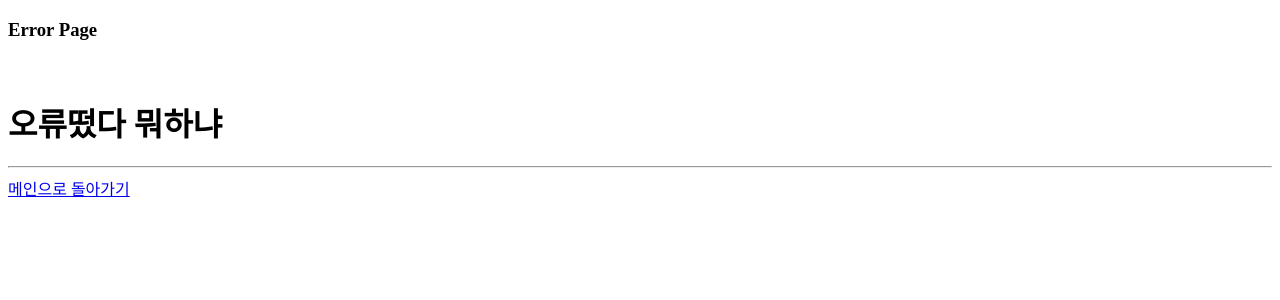
Repository: gitgw016/jsp
Page: http://localhost/07_directive_tag/page_04_error.jsp
These files come from the project's save history. The page is drawn as it stood at one moment and after the next save; the edit follows.
The browser window is 1280 px wide. The pictures show the whole page.
The page is served by Tomcat 9.

Above is the page before, as saved 2021-12-08 05:02:58.

### 07_directive_tag/src/main/webapp/page_04_error.jsp
<%@ page language="java" contentType="text/html; charset=UTF-8"
    pageEncoding="UTF-8"%>
    <%@ page errorPage="page_error.jsp" %>
<!DOCTYPE html>
<html>
<head>
<meta charset="UTF-8">
<title>Insert title here</title>
</head>
<body>
	<!-- errorPage : jsp에서 생성된 servlet class에서 exception이 발생했을때 사용자에게 오류에 대한 정보를 출력할 수 있는 페이지를 지정하는 속성 -->
	<%
		String str = request.getParameter("name");
		out.println(str.toString());
	%>
</body>
</html>

### 07_directive_tag/src/main/webapp/page_error.jsp
<%@ page language="java" contentType="text/html; charset=UTF-8"
    pageEncoding="UTF-8"%>
<!DOCTYPE html>
<html>
<head>
<meta charset="UTF-8">
<title>Error Page</title>
</head>
<body>
	<h3>Error Page</h3><br/>
	<h1>오류떴다 뭐하냐</h1>
	<hr/>
	<a href="index.jsp">메인으로 돌아가기</a>
</body>
</html>

After the next save:
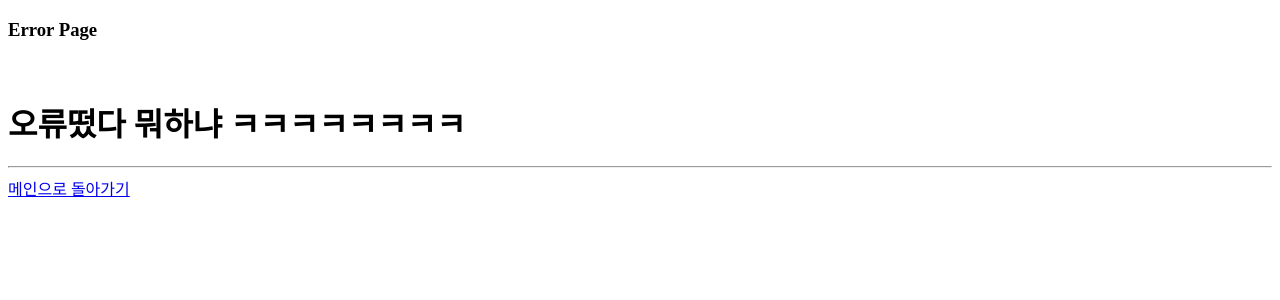
Saved 15 s later.
--- a/07_directive_tag/src/main/webapp/page_error.jsp
+++ b/07_directive_tag/src/main/webapp/page_error.jsp
@@ -8,7 +8,7 @@
 </head>
 <body>
 	<h3>Error Page</h3><br/>
-	<h1>오류떴다 뭐하냐</h1>
+	<h1>오류떴다 뭐하냐 ㅋㅋㅋㅋㅋㅋㅋㅋ</h1>
 	<hr/>
 	<a href="index.jsp">메인으로 돌아가기</a>
 </body>
